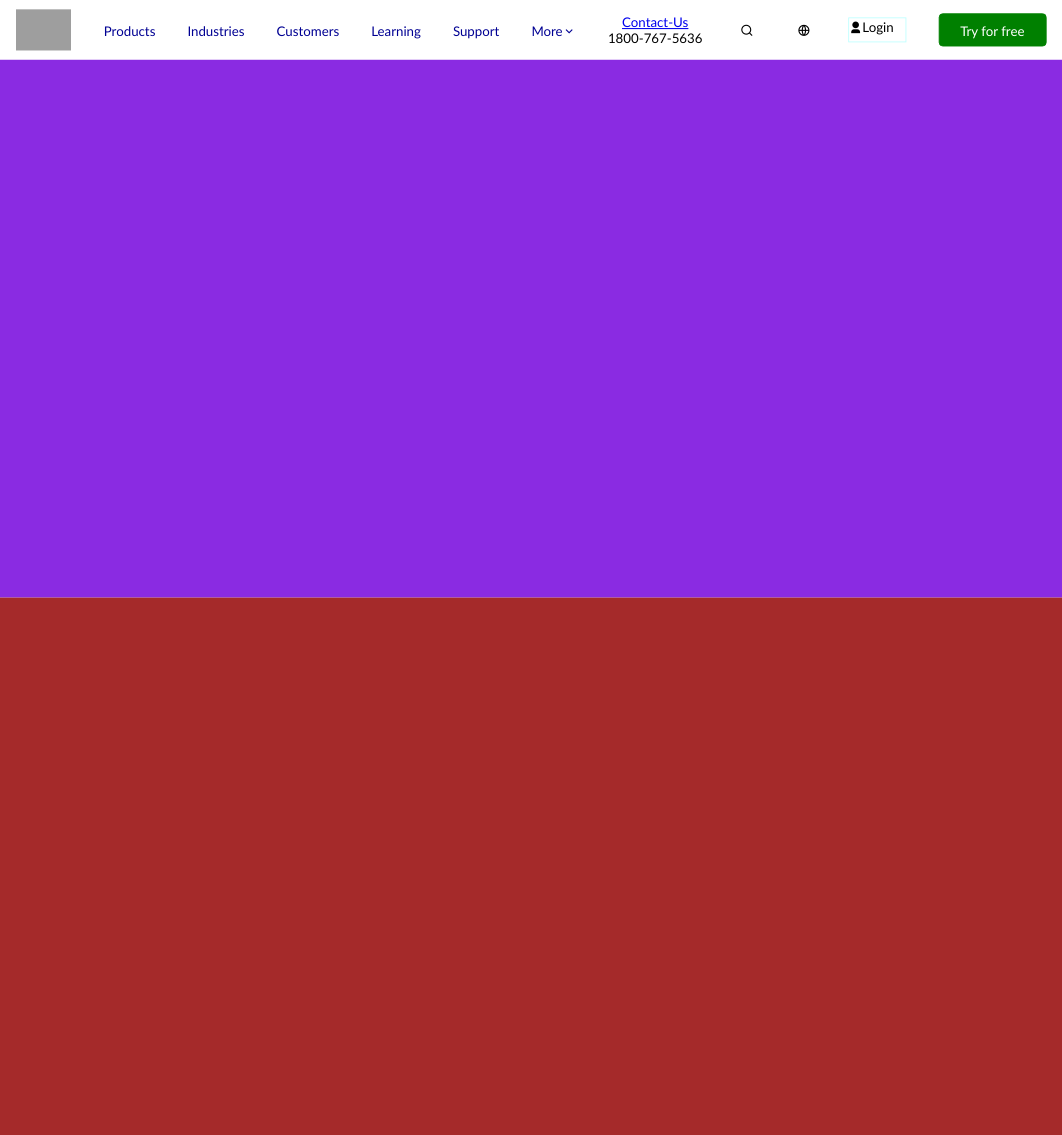
Repository: Chiranshukapil/html_css
Page: salesforce/index.html
These files come from the project's save history. The page is drawn as it stood at one moment and after the next save; the edit follows.
The browser window is 1280 px wide. The pictures show the whole page, at 83% of full size.
Pictures or frames that could not be fetched are drawn as grey boxes.

Above is the page before, as saved 2024-06-10 00:06:46.

After the next save:
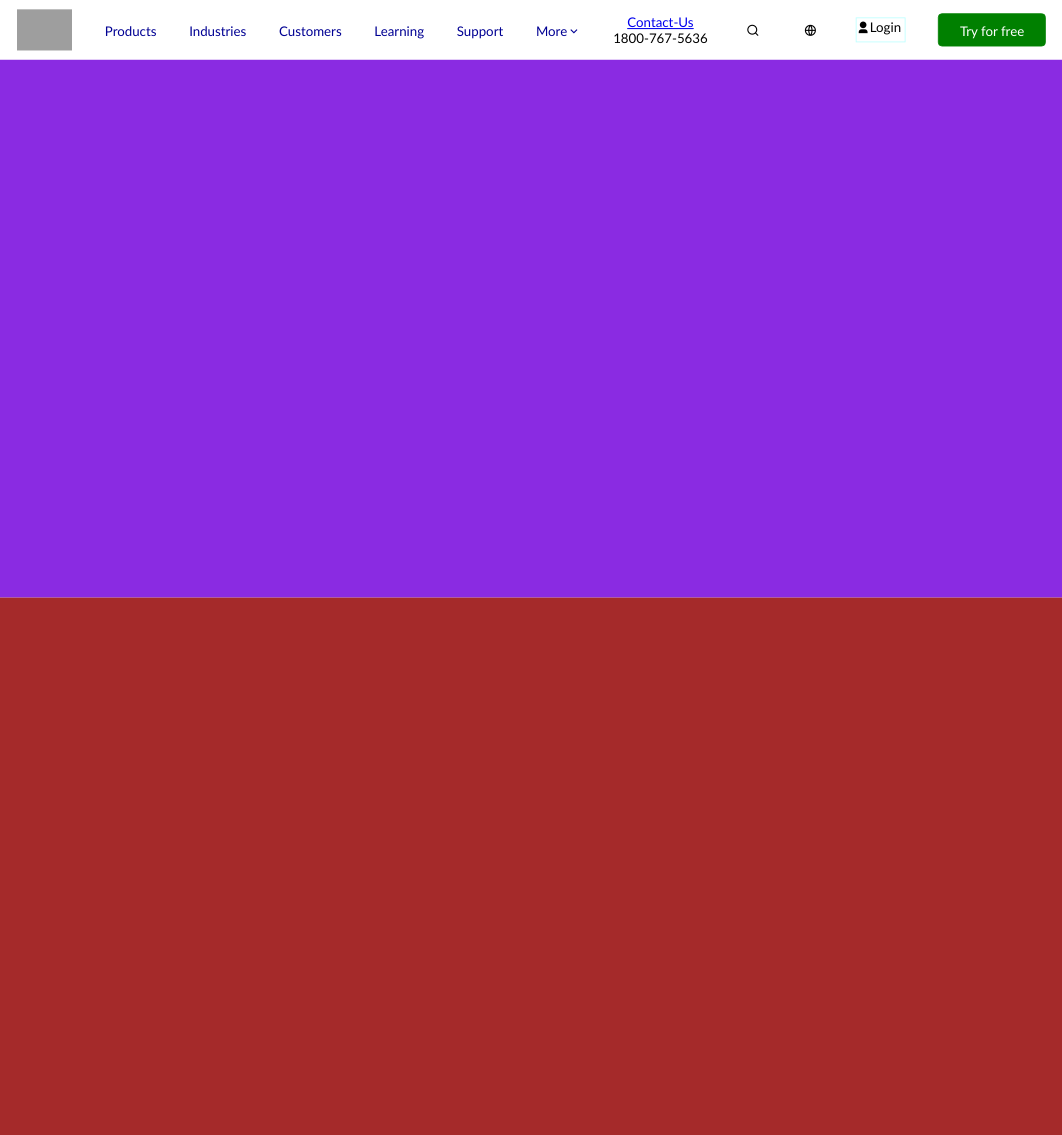
Saved 7 s later.
--- a/salesforce/style.css
+++ b/salesforce/style.css
@@ -59,7 +59,7 @@ html,body{
 
 #login{
     height: 30px;
-    width: 70px;
+    width: 60px;
     display: flex;
     border: 1px solid rgb(188, 255, 255);
     /* border-radius: 20px; */
